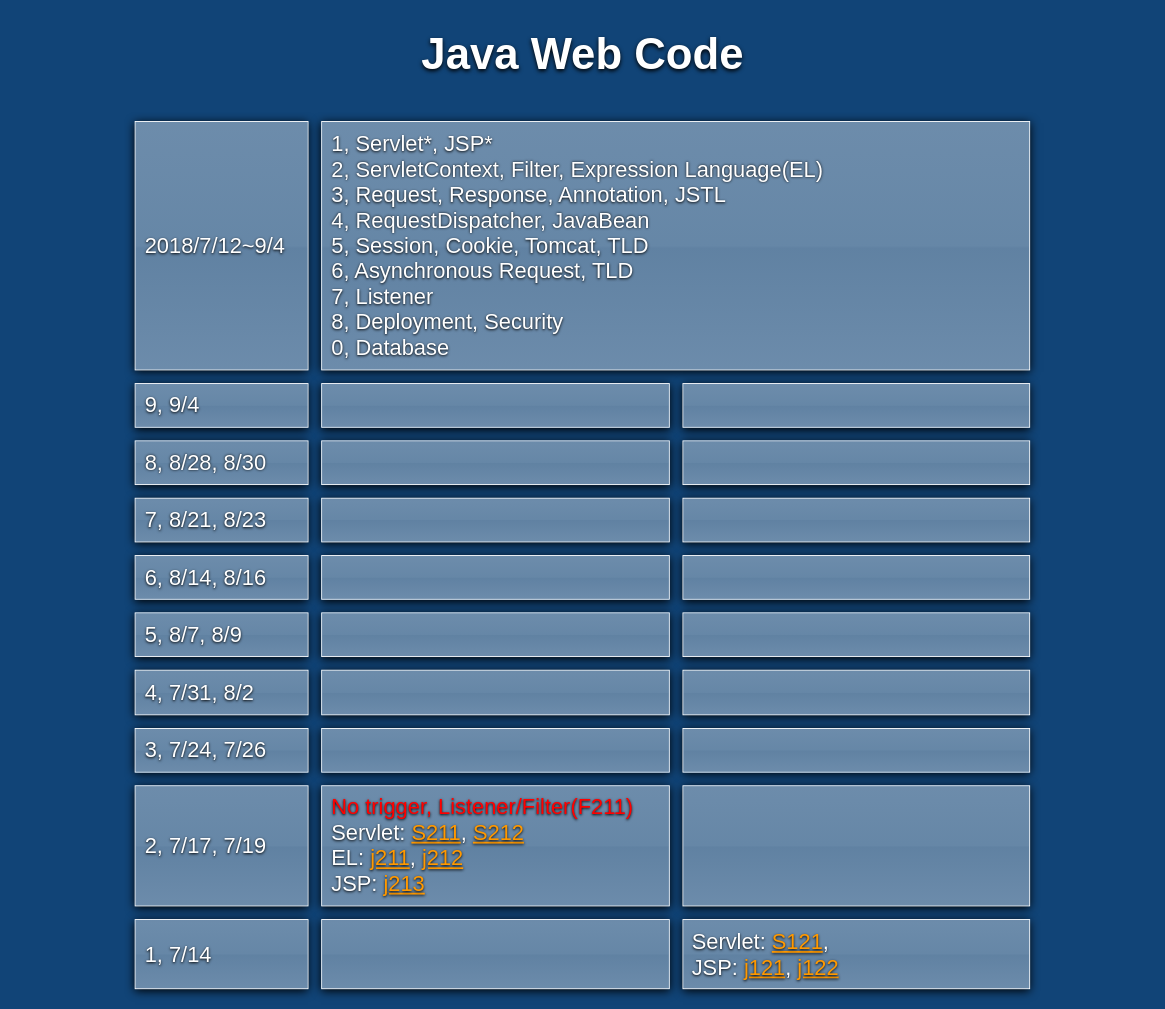
Repository: anxhuang/Java_Web
Page: code/WebContent/index.html
The author's editor kept a copy of each file at every save. The page is drawn from the files as they stood at one save, then again after the next save.
The browser window is 1280 px wide. The pictures show the whole page, at 91% of full size.

Above is the page before, as saved 2018-07-17 13:02:59.

After the next save:
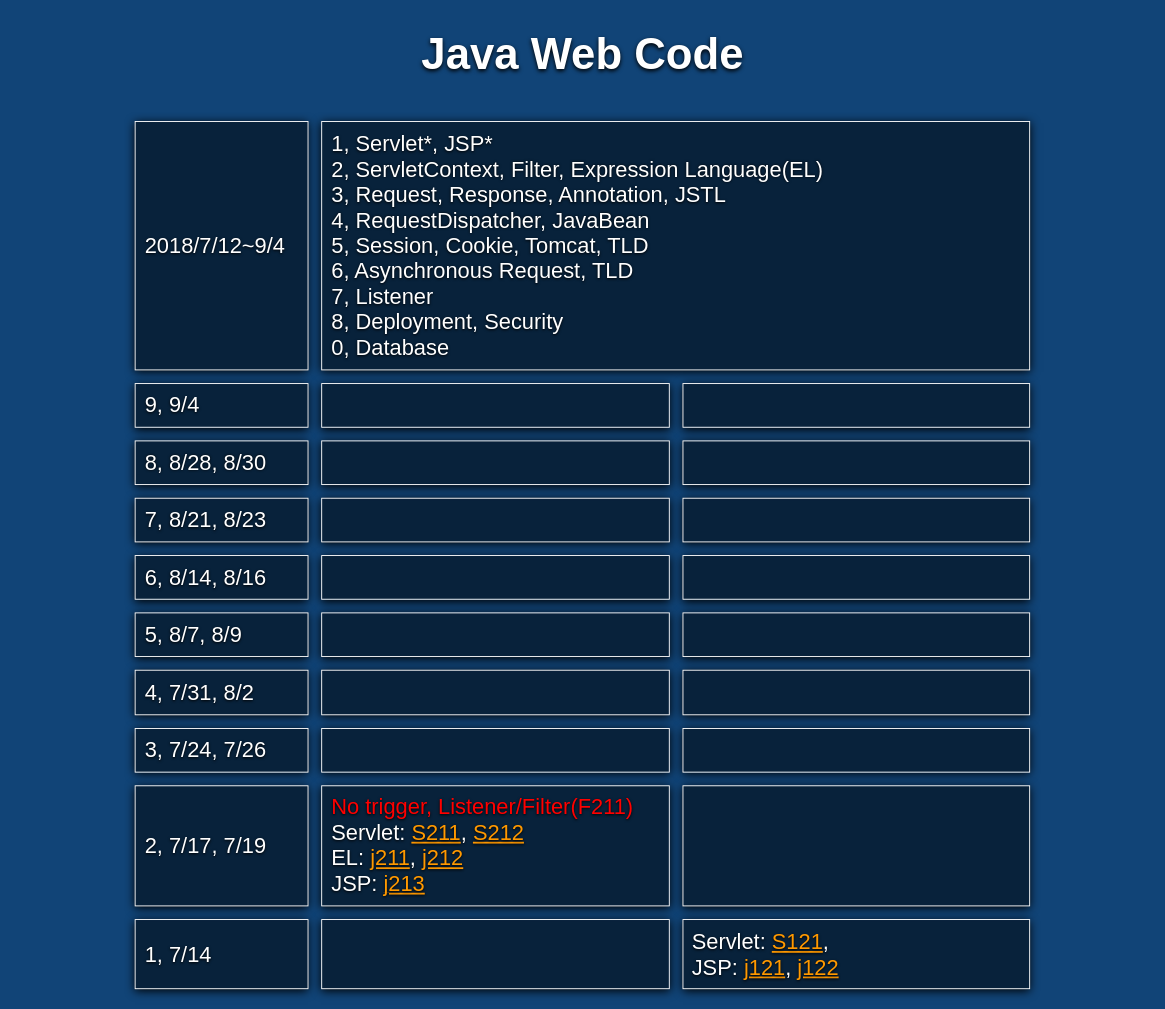
Saved 2 min 36 s later.
--- a/code/WebContent/index.html
+++ b/code/WebContent/index.html
@@ -26,12 +26,7 @@
 		text-shadow: 0px 1px 3px #000;
 		padding: 0.1in;
 		border: 1px solid #FFF;
-		/*background: rgba(230,230,230,0.8);*/
-		/* Permalink - use to edit and share this gradient: http://colorzilla.com/gradient-editor/#f6f8f9+0,e5ebee+50,d7dee3+51,f5f7f9+100&0.4+1,0.4+100 */
-		background: -moz-linear-gradient(0deg, rgba(246,248,249,0.4) 0%, rgba(246,248,249,0.4) 1%, rgba(229,235,238,0.4) 50%, rgba(215,222,227,0.4) 51%, rgba(245,247,249,0.4) 100%); /* FF3.6-15 */
-		background: -webkit-linear-gradient(0deg, rgba(246,248,249,0.4) 0%,rgba(246,248,249,0.4) 1%,rgba(229,235,238,0.4) 50%,rgba(215,222,227,0.4) 51%,rgba(245,247,249,0.4) 100%); /* Chrome10-25,Safari5.1-6 */
-		background: linear-gradient(180deg, rgba(246,248,249,0.4) 0%,rgba(246,248,249,0.4) 1%,rgba(229,235,238,0.4) 50%,rgba(215,222,227,0.4) 51%,rgba(245,247,249,0.4) 100%); /* W3C, IE10+, FF16+, Chrome26+, Opera12+, Safari7+ */
-		filter: progid:DXImageTransform.Microsoft.gradient( startColorstr='#b3f6f8f9', endColorstr='#b3f5f7f9',GradientType=1 ); /* IE6-9 fallback on horizontal gradient */
+		background: rgba(0,0,0,0.5);
 		box-shadow: 0px 2px 10px #000;
 	}
 	td:first-child{
